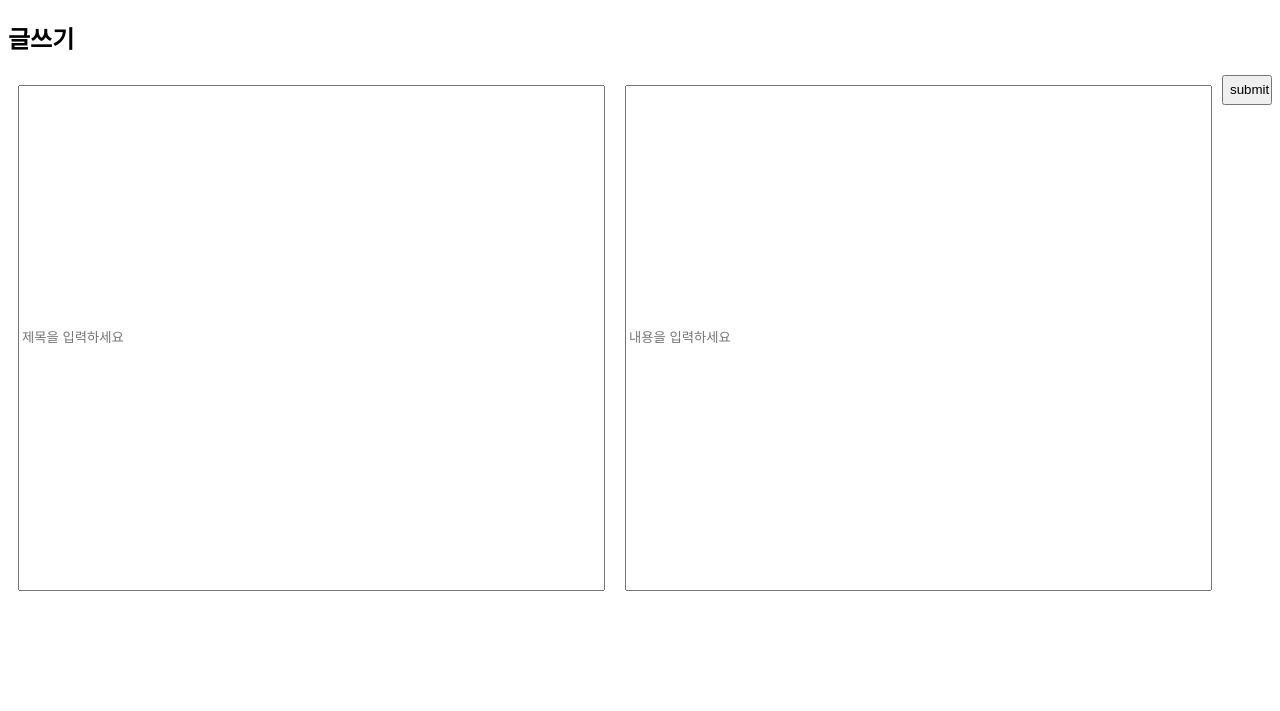
Repository: Jadedvst/Java_JSP-Servlet
Page: http://localhost/MustHaveJSP/JSMission/mission7/InsertBoardForm.jsp
The author's editor kept a copy of each file at every save. The page is drawn from the files as they stood at one save, then again after the next save.
The browser window is 1280 px wide. The pictures show the whole page.
The page is served by Tomcat 10.

Above is the page before, as saved 2023-12-14 07:18:13.

After the next save:
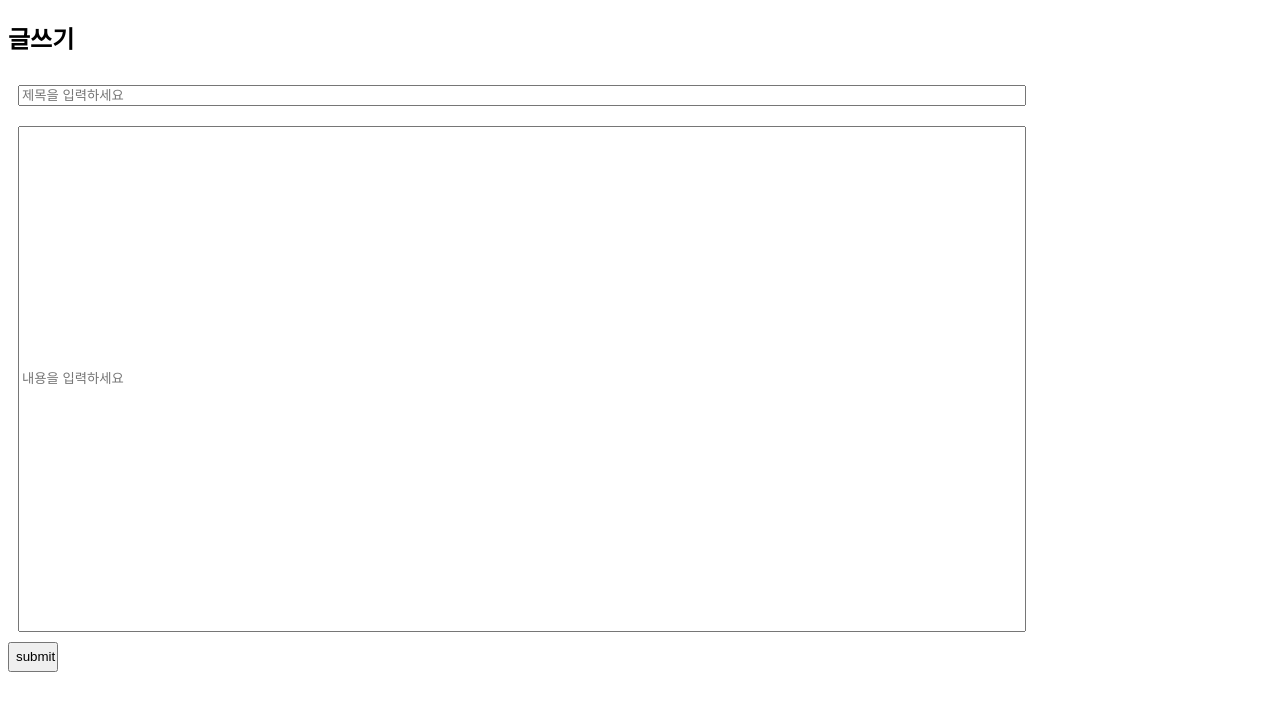
Saved 5 s later.
--- a/MustHaveJSP/src/main/webapp/JSMission/mission7/InsertBoardForm.jsp
+++ b/MustHaveJSP/src/main/webapp/JSMission/mission7/InsertBoardForm.jsp
@@ -21,7 +21,7 @@ height:30px;
 </head>
 <body>
 <h2>글쓰기</h2>
-<div id="board" style="display:flex; ">
+<div id="board" ">
 <input type="text" id="title" name="title" placeholder="제목을 입력하세요"><br/>
 <input type="text" id="content" name="content" placeholder="내용을 입력하세요"><br/>
 <input type="submit" id="bt"value="submit"><br/>
